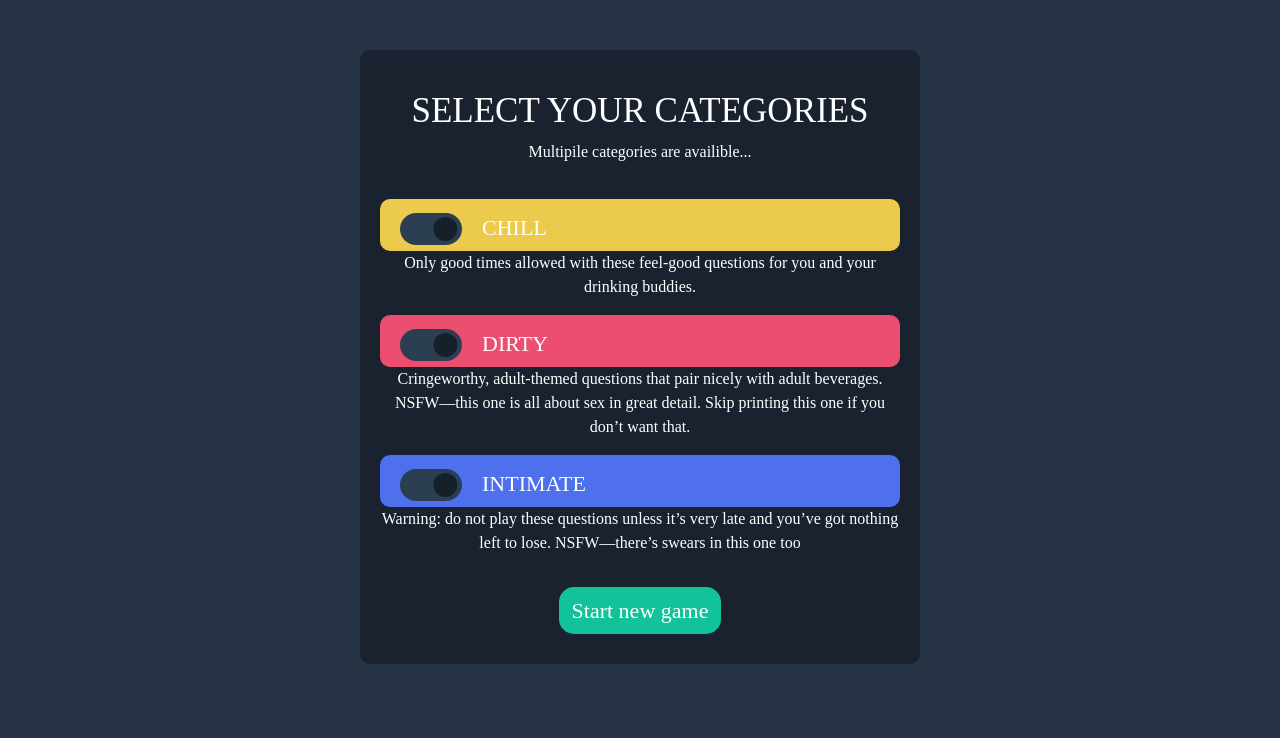
Repository: RafaelAshurov/TruthOrDrink
Page: /chose-your-categories
An editor plug-in stored every save of this project. The page is shown before and after the next save, followed by the edit.
The browser window is 1280 px wide. The pictures show the whole page.
Some web fonts or font styles are not loaded; a fallback is used. The project was rebuilt for these pictures with package versions that can differ from the ones it lists, and the page was loaded fresh each time. Also part of the build but not shown: src/views/StartGame.vue, src/views/QuestionsPage.vue.

Above is the page before, as saved 2020-10-10 21:40:59.

### public/index.html
<!DOCTYPE html>
<html lang="en">
    <head>
        <meta charset="utf-8" />
        <meta http-equiv="X-UA-Compatible" content="IE=edge" />
        <meta name="viewport" content="width=device-width,initial-scale=1.0" />
        <link rel="icon" href="<%= BASE_URL %>favicon.ico" />
        <title>Truth Or Drink</title>
        <link
            href="https://fonts.googleapis.com/css2?family=Chilanka&display=swap"
            rel="stylesheet"
        />
    </head>
    <body>
        <noscript>
            <strong
                >We're sorry but truth_or_drink doesn't work properly without JavaScript enabled.
                Please enable it to continue.</strong
            >
        </noscript>
        <div id="app"></div>
        <!-- built files will be auto injected -->
    </body>
</html>

### src/App.vue
<template>
    <div id="app" class="container-fluid">
        <div class="row justify-content-center text-center">
            <div class="col-12 col-md-8 col-lg-6 site-content">
                <router-view />
            </div>
        </div>
    </div>
</template>

<style lang="scss">
#app {
    .site-content {
        padding: 50px 40px;
    }
}
.alert.alert-danger.open-alert {
    max-height: 100px;
}
.alert.alert-danger.close-alert {
    max-height: 0px;
    overflow: hidden;
    padding: 0;
    border: none;
}
.capital-font {
    text-transform: uppercase;
}
button.btn {
    background-color: #12c298;
    color: #ffffff;
    font-size: 22px;
    font-weight: 400;
    border-radius: 15px;
}
.site-card {
    background-color: #1a222f;
    border-radius: 10px;
    padding: 30px 20px;
    margin: 0 auto;
    max-height: 1000px;
    overflow: hidden;
}
.site-card.site-card-collapse {
    max-height: 0px;
    padding-top: 20px !important;
    padding-bottom: 0 !important;
}
body {
    background-color: #273446;
    color: #ffffff;
    font-family: "Chilanka", cursive;
}
* {
    transition: all 0.4s ease;
}
</style>

### src/router.js
import Vue from "vue";
import Router from "vue-router";
import StartGame from "./views/StartGame.vue";
import CategorySelect from "./views/CategorySelect.vue";
import QuestionsPage from "./views/QuestionsPage.vue";

Vue.use(Router);

export default new Router({
    mode: "history",
    base: process.env.BASE_URL,
    routes: [
        {
            path: "/",
            name: "startGame",
            component: StartGame
        },
        {
            path: "/chose-your-categories",
            name: "categories",
            component: CategorySelect
        },
        {
            path: "/drink-up",
            name: "questionsPage",
            component: QuestionsPage,
            props: true
        }
    ]
});

### src/views/CategorySelect.vue
<template>
    <div class="category-select-page site-card" :class="{ 'site-card-collapse': collapsed }">
        <h1 class="capital-font">Select your categories</h1>
        <p>Multipile categories are availible...</p>
        <div class="categories-wrapper">
            <div class="category-container" v-for="category in categories" :key="category.id">
                <div class="category-btn" :style="{ 'background-color': category.color }">
                    <span
                        ><input
                            type="checkbox"
                            name="checkbox"
                            v-model="selectedCategories"
                            :value="category.name"
                    /></span>
                    <h4>
                        {{ category.name }}
                    </h4>
                </div>
                <p class="category-description">
                    {{ category.description }}
                </p>
            </div>
        </div>
        <div class="start-game-btn-wrapper">
            <div
                class="alert alert-danger"
                :class="noCategoriesAlert ? 'open-alert' : 'close-alert'"
                role="alert"
            >
                You have to chose atleast one category
            </div>
            <button @click="startNewGame()" type="button" class="btn btn-bg">
                Start new game
            </button>
        </div>
    </div>
</template>

<script>
import { QuestionList } from "../helpers/questionsList";

export default {
    data() {
        return {
            categories: [],
            selectedCategories: [],
            noCategoriesAlert: false,
            collapsed: true
        };
    },
    created: function() {
        const categories = this.fillterCategories(QuestionList);
        this.setCategoriesObjects(categories);
    },
    computed: {},
    mounted: function() {
        this.collapsed = false;
    },
    methods: {
        fillterCategories(questionsList) {
            let categoriesArr = [];
            questionsList.forEach(question => {
                if (!categoriesArr.includes(question.category))
                    categoriesArr.push(question.category);
            });
            return categoriesArr;
        },
        setCategoriesObjects(categories) {
            categories.forEach(categoryName => {
                let categoryObj = {};
                switch (categoryName) {
                    case "chill":
                        categoryObj = {
                            id: 1,
                            name: categoryName,
                            color: "#ecca4e",
                            description:
                                "Only good times allowed with these feel-good questions for you and your drinking buddies. "
                        };
                        break;
                    case "dirty":
                        categoryObj = {
                            id: 2,
                            name: categoryName,
                            color: "#ec4e70",
                            description:
                                "Cringeworthy, adult-themed questions that pair nicely with adult beverages. NSFW—this one is all about sex in great detail. Skip printing this one if you don’t want that."
                        };
                        break;
                    case "intimate":
                        categoryObj = {
                            id: 3,
                            name: categoryName,
                            color: "#4e70ec",
                            description:
                                "Warning: do not play these questions unless it’s very late and you’ve got nothing left to lose. NSFW—there’s swears in this one too"
                        };
                        break;
                    default:
                        categoryObj = {
                            id: 4,
                            name: categoryName,
                            color: "#000000",
                            description: ""
                        };
                        break;
                }
                this.categories.push(categoryObj);
            });
        },
        startNewGame() {
            if (this.selectedCategories.length === 0) {
                this.noCategoriesAlert = true;
            } else {
                this.collapsed = true;
                setTimeout(() => {
                    this.$router.push({
                        name: "questionsPage",
                        params: { selectedCategories: JSON.stringify(this.selectedCategories) }
                    });
                }, 400);
            }
        }
    }
};
</script>

<style lang="scss">
.category-select-page {
    h1.capital-font {
        margin-top: 10px;
        font-size: 35px;
    }
    .categories-wrapper {
        display: flex;
        flex-direction: column;
        padding-top: 19px;

        .category-container {
            display: inline-block;
            margin: 0 auto;

            .category-btn {
                border-radius: 10px;
                display: flex;
                align-items: center;
                padding: 15px 0 0 0;
                h4 {
                    display: inline-block;
                    text-transform: uppercase;
                    color: #ffffff;
                    font-size: 22px;
                }
            }
        }
    }
}

.transition,
input[type="radio"]:after,
input[type="checkbox"][type="radio"]:after,
input[type="checkbox"]:after {
    -moz-transition: all 0.25s cubic-bezier(0.75, 0.01, 0.48, 2);
    -o-transition: all 0.25s cubic-bezier(0.75, 0.01, 0.48, 2);
    -webkit-transition: all 0.25s cubic-bezier(0.75, 0.01, 0.48, 2);
    transition: all 0.25s cubic-bezier(0.75, 0.01, 0.48, 2);
}

.bgTransition,
input[type="radio"]:before,
input[type="checkbox"][type="radio"]:before,
input[type="checkbox"]:before {
    -moz-transition: all 0.25s ease-in-out;
    -o-transition: all 0.25s ease-in-out;
    -webkit-transition: all 0.25s ease-in-out;
    transition: all 0.25s ease-in-out;
}

input[type="radio"],
input[type="checkbox"] {
    position: relative;
}
input[type="radio"]:before,
input[type="radio"]:after,
input[type="checkbox"]:before,
input[type="checkbox"]:after {
    content: "";
    position: absolute;
}
input[type="radio"]:before,
input[type="checkbox"]:before {
    height: 100%;
}
input[type="radio"][type="radio"],
input[type="checkbox"][type="radio"] {
    border-radius: 30px;
}
input[type="radio"][type="radio"]:before,
input[type="checkbox"][type="radio"]:before {
    width: 100%;
    border-radius: 30px;
    background-color: #2c3f52;
    box-shadow: 0 0 0 1px #2c3f52;
}
input[type="radio"][type="radio"]:after,
input[type="checkbox"][type="radio"]:after {
    width: 100%;
    height: 100%;
    border-radius: 30px;
    background-color: #15202a;
    -moz-transform: scale(0, 0);
    -ms-transform: scale(0, 0);
    -webkit-transform: scale(0, 0);
    transform: scale(0, 0);
}
input[type="radio"][type="radio"]:checked:after,
input[type="checkbox"][type="radio"]:checked:after {
    -moz-transform: scale(0.75, 0.75);
    -ms-transform: scale(0.75, 0.75);
    -webkit-transform: scale(0.75, 0.75);
    transform: scale(0.75, 0.75);
}
input[type="radio"][type="radio"]:checked:before,
input[type="checkbox"][type="radio"]:checked:before {
    background-color: #85ff7a;
    box-shadow: 0 0 0 1px #85ff7a;
}
input[type="radio"][type="checkbox"]:before,
input[type="checkbox"][type="checkbox"]:before {
    width: 200%;
    background-color: #2c3f52;
    box-shadow: 0 0 0 1px #2c3f52;
    -moz-transform: translate(-25%, 0);
    -ms-transform: translate(-25%, 0);
    -webkit-transform: translate(-25%, 0);
    transform: translate(-25%, 0);
    border-radius: 30px;
}
input[type="radio"][type="checkbox"]:after,
input[type="checkbox"][type="checkbox"]:after {
    width: 80%;
    height: 80%;
    margin-top: 10%;
    margin-left: 10%;
    background-color: #15202a;
    border-radius: 30px;
    -moz-transform: translate(60%, 0);
    -ms-transform: translate(60%, 0);
    -webkit-transform: translate(60%, 0);
    transform: translate(60%, 0);
}
input[type="radio"][type="checkbox"]:checked:after,
input[type="checkbox"][type="checkbox"]:checked:after {
    -moz-transform: translate(-60%, 0);
    -ms-transform: translate(-60%, 0);
    -webkit-transform: translate(-60%, 0);
    transform: translate(-60%, 0);
}
input[type="radio"][type="checkbox"]:checked:before,
input[type="checkbox"][type="checkbox"]:checked:before {
    background-color: #85ff7a;
    box-shadow: 0 0 0 1px #85ff7a;
}

input {
    margin: 36px;
}
input[type="radio"],
input[type="checkbox"] {
    cursor: pointer;
    width: 30px;
    height: 30px;
    margin-top: 0;
    margin-bottom: 0;
}

.radio,
.check {
    position: absolute;
    -moz-transform: translate(-50%, -50%);
    -ms-transform: translate(-50%, -50%);
    -webkit-transform: translate(-50%, -50%);
    transform: translate(-50%, -50%);
    top: 50%;
    left: 50%;
}

.radio {
    margin-left: -36px;
}

.check {
    margin-left: 36px;
}
</style>

Loaded but not shown: src/main.js (common file); src/plugins/bootstrap-vue.js (common file); src/helpers/questionsList.js (2107 lines, source omitted)

After the next save:
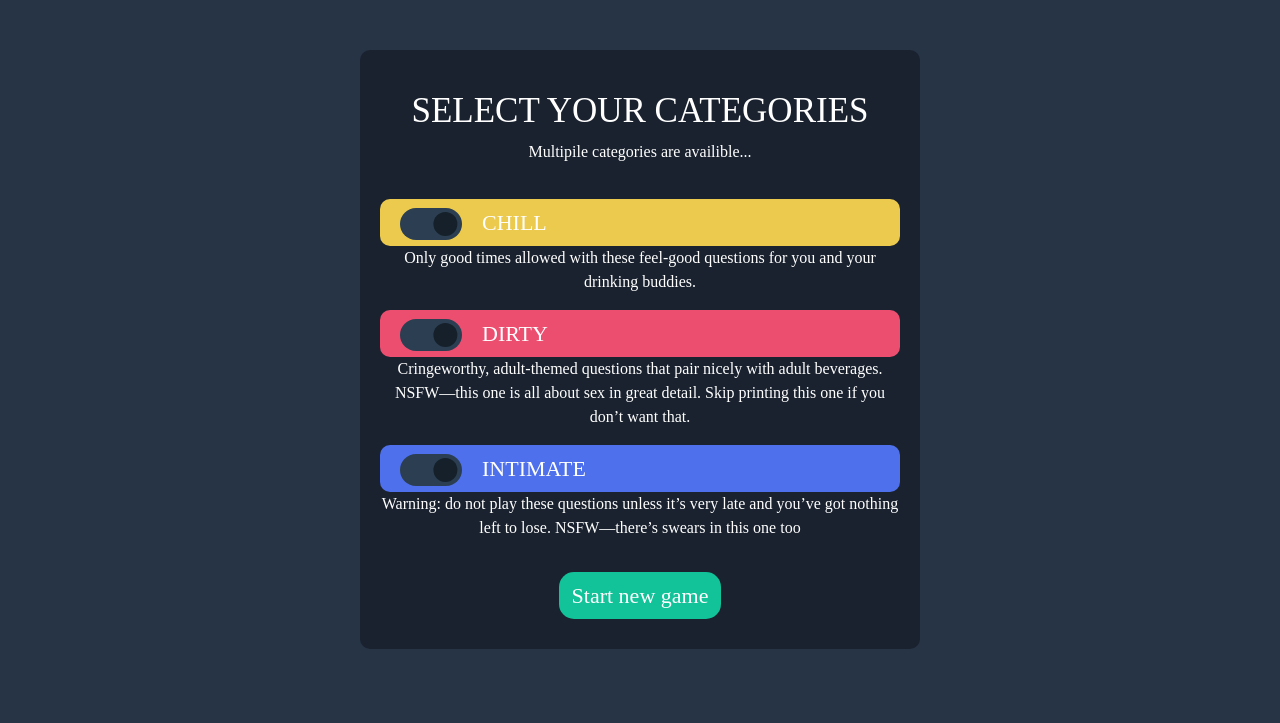
Saved 11 s later.
--- a/src/views/CategorySelect.vue
+++ b/src/views/CategorySelect.vue
@@ -144,7 +144,7 @@
                 border-radius: 10px;
                 display: flex;
                 align-items: center;
-                padding: 15px 0 0 0;
+                padding: 10px 0 0 0;
                 h4 {
                     display: inline-block;
                     text-transform: uppercase;
